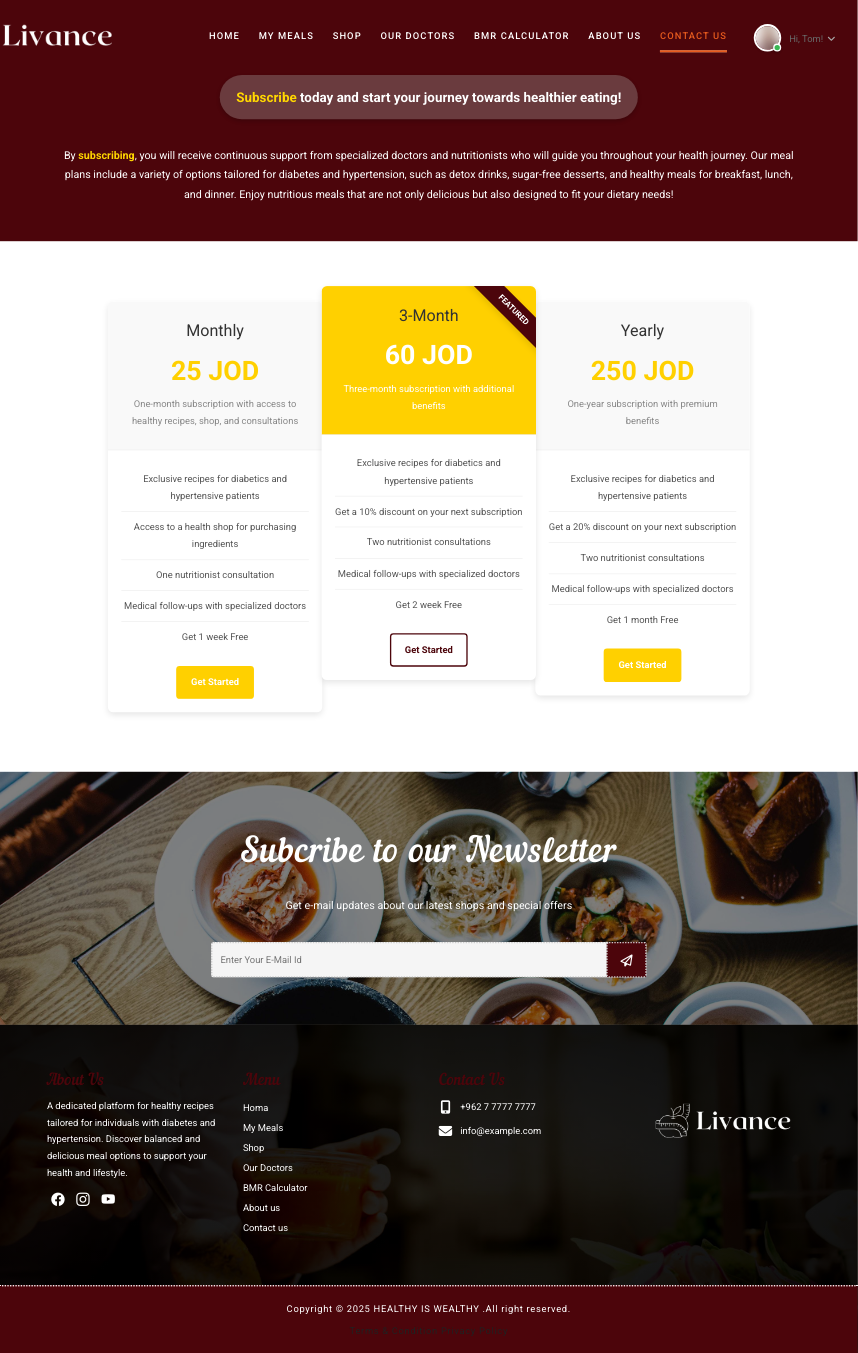
Repository: Surahailat/masterpiece
Page: masterpiece-p1/subsecribe.html
These files come from the project's save history. The page is drawn as it stood at one moment and after a run of saves; the edit follows.
The browser window is 1280 px wide. The pictures show the whole page, at 67% of full size.
Backgrounds fixed to the window are drawn as part of the page. Some web fonts or font styles are not loaded; a fallback is used. Some web libraries are served in a nearby version.

Above is the page before, as saved 2025-02-12 22:10:46.

### masterpiece-p1/subsecribe.html
<!DOCTYPE html>
<html lang="en">

<head>
    <!-- Basic -->
    <meta charset="utf-8">
    <meta http-equiv="X-UA-Compatible" content="IE=edge">

    <!-- Mobile Metas -->
    <meta name="viewport" content="width=device-width, maximum-scale=1, initial-scale=1, user-scalable=0">

    <!-- Site Metas -->
    <title>Food Funday Restaurant - One page HTML Responsive</title>
    <meta name="keywords" content="">
    <meta name="description" content="">
    <meta name="author" content="">

    <!-- Site Icons -->
    <link rel="shortcut icon" href="images/favicon.ico" type="image/x-icon" />
    <link rel="apple-touch-icon" href="images/apple-touch-icon.png">
    <link rel="stylesheet" href="https://maxcdn.bootstrapcdn.com/font-awesome/4.6.1/css/font-awesome.min.css">
    <!-- Bootstrap CSS -->
    <link rel="stylesheet" href="css/bootstrap.min.css">
    <link rel="stylesheet" href="https://cdn.jsdelivr.net/npm/bootstrap-icons@1.3.0/font/bootstrap-icons.css">
    <!-- Site CSS -->
    <link rel="stylesheet" href="css/subsecribe.css">
    <!-- Responsive CSS -->
    <link rel="stylesheet" href="css/responsive.css">
    <!-- color -->
    <link id="changeable-colors" rel="stylesheet" href="css/colors/orange.css" />
    <link href="https://cdnjs.cloudflare.com/ajax/libs/font-awesome/6.0.0-beta3/css/all.min.css" rel="stylesheet">



    <script src="https://kit.fontawesome.com/64d58efce2.js" crossorigin="anonymous"></script>



    <!-- Modernizer -->
    <script src="js/modernizer.js"></script>
</head>

<body>
    <div id="loader">
        <div id="status"></div>
    </div>
    <div id="site-header">
        <header id="header" class="header-block-top">
            <div class="container">
                <div class="row">
                    <div class="main-menu">
                        <!-- navbar -->
                        <nav class="navbar navbar-default" id="mainNav">
                            <div class="navbar-header">
                                <button type="button" class="navbar-toggle collapsed" data-toggle="collapse"
                                    data-target="#navbar" aria-expanded="false" aria-controls="navbar">
                                    <span class="sr-only">Toggle navigation</span>
                                    <span class="icon-bar"></span>
                                    <span class="icon-bar"></span>
                                    <span class="icon-bar"></span>
                                </button>
                            </div>
                            <div id="navbar" class="navbar-collapse collapse">
                                <ul class="nav navbar-nav navbar-left" style="width: 2%;">
                                    <li><img src="/images/Screenshot_2025-01-26_114436-removebg-preview (1).png" alt=""
                                            style="width: 34rem;
                                        position: relative;
                                        right: 56%;
                                        top: -6rem;"></li>
                                </ul>
                                <ul class="nav navbar-nav navbar" style="margin-left: 18%;">
                                    <li class="active"><a href="#banner">Home</a></li>
                                    <li><a href="#about">My Meals</a></li>
                                    <li><a href="#our_team">Shop</a></li>
                                    <li><a href="#menu">Our Doctors</a></li>
                                    <li><a href="#gallery">BMR Calculator</a></li>

                                    <li><a href="#reservation">About us</a></li>
                                    <li><a href="#footer">Contact us</a></li>
                                </ul>
                                <!-- Right Side Content / End -->
                                <div class="right-side">
                                    <div class="header-widget">
                                        <!-- User Menu -->
                                        <div class="user-menu">
                                            <div class="user-name"><span><img src="images/dashboard-avatar.jpg"
                                                        alt=""></span>Hi, Tom!</div>
                                            <ul>
                                                <li><a href=""><i class="fa-regular fa-user"
                                                            style="color: #696969;"></i> My Profile</a></li>
                                                <li><a href=""><i class="fa-regular fa-envelope-open"
                                                            style="color: #696969;"></i> Messages</a></li>
                    <li><a href="subsecribe.html"><i class="fa-regular fa-bell" style="color: #696969;"></i> Subscribe</a></li>

                                                <li><a href=""><i class="fa-solid fa-arrow-right-from-bracket"
                                                            style="color: #696969;"></i> Logout</a></li>
                                            </ul>
                                        </div>
                                    </div>
                                </div>

                            </div>
                            <!-- end nav-collapse -->
                        </nav>
                        <!-- end navbar -->
                    </div>
                </div>
                <!-- end row -->
            </div>
            <!-- end container-fluid -->
        </header>
        <!-- end header -->
    </div>
    <!-- end site-header -->

    <div id="banner" class="banner full-screen-mode parallax">
        <div class="subscribe-section">
            <!-- العنوان -->
            <div class="subscribe-header">
                <span>Subscribe</span> today and start your journey towards healthier eating!
            </div>

            <!-- النص الرئيسي -->
            <div class="subscribe-content">
                By <span>subscribing</span>, you will receive continuous support from specialized doctors and
                nutritionists who will guide you throughout your health journey.
                Our meal plans include a variety of options tailored for diabetes and hypertension, such as detox
                drinks, sugar-free desserts, and healthy meals for breakfast, lunch, and dinner.
                Enjoy nutritious meals that are not only delicious but also designed to fit your dietary needs!
            </div>
        </div>

    </div>
    <!-- end banner -->

    <div class="pricing-container">
        <!-- Basic Plan -->
        <div class="plan">
            <div class="plan-price">
                <h3>Monthly</h3>
                <div class="value">25 JOD</div>
                <div class="period">One-month subscription with access to healthy recipes, shop, and consultations</div>
            </div>
            <div class="plan-features">
                <ul>
                    <li>Exclusive recipes for diabetics and hypertensive patients</li>
                    <li>Access to a health shop for purchasing ingredients</li>
                    <li>One nutritionist consultation</li>
                    <li>Medical follow-ups with specialized doctors</li>

                    <li>Get 1 week Free </li>
                </ul>
                <a href="#">Get Started</a>
            </div>
        </div>

        <!-- Extended Plan -->
        <div class="plan plan-featured">
            <div class="listing-badge"><span>Featured</span></div>
            <div class="plan-price">
                <h3>3-Month</h3>
                <div class="value">60 JOD</div>
                <div class="period">Three-month subscription with additional benefits</div>
            </div>
            <div class="plan-features">
                <ul>
                    <li>Exclusive recipes for diabetics and hypertensive patients</li>
                    <li>Get a 10% discount on your next subscription</li>
                    <li>Two nutritionist consultations</li>
                    <li>Medical follow-ups with specialized doctors</li>
                    <li>Get 2 week Free </li>
                </ul>
                <a href="#">Get Started</a>
            </div>
        </div>

        <!-- Professional Plan -->
        <div class="plan">
            <div class="plan-price">
                <h3>Yearly </h3>
                <div class="value">250 JOD</div>
                <div class="period">One-year subscription with premium benefits</div>
            </div>
            <div class="plan-features">
                <ul>
                    <li>Exclusive recipes for diabetics and hypertensive patients</li>
                    <li>Get a 20% discount on your next subscription</li>
                    <li>Two nutritionist consultations</li>
                    <li>Medical follow-ups with specialized doctors</li>
                    <li>Get 1 month Free </li>
                </ul>
                <a href="#">Get Started</a>
            </div>
        </div>
    </div>


    <div id="footer" class="footer-main">
        <div class="footer-news pad-top-100 pad-bottom-70 parallax">
            <div class="container">
                <div class="row">
                    <div class="col-lg-12 col-md-12 col-sm-12 col-xs-12">
                        <div class="wow fadeIn" data-wow-duration="1s" data-wow-delay="0.1s">
                            <h2 class="ft-title color-white text-center">Subcribe to our Newsletter</h2>
                            <p> Get e-mail updates about our latest shops and special offers</p>
                        </div>
                        <form>
                            <input type="email" placeholder="Enter your e-mail id">
                            <a href="#" class="orange-btn"><i class="fa fa-paper-plane-o" aria-hidden="true"></i></a>
                        </form>
                    </div>
                    <!-- end col -->
                </div>
                <!-- end row -->
            </div>
            <!-- end container -->
        </div>
        <!-- end footer-news -->
        <div class="footer-box pad-top-70">
            <div class="container">
                <div class="row">
                    <div class="footer-in-main">

                        <div class="col-lg-3 col-md-3 col-sm-6 col-xs-12">
                            <div class="footer-box-a">
                                <h3>About Us</h3>
                                <p>A dedicated platform for healthy recipes tailored for individuals with diabetes
                                    and
                                    hypertension. Discover balanced and delicious meal options to support your
                                    health
                                    and lifestyle.</p>
                                <ul class="socials-box footer-socials pull-left">
                                    <li>
                                        <a href="#">
                                            <div class="social-circle-border"><i class="bi bi-facebook"></i></div>
                                        </a>
                                    </li>

                                    <li>
                                        <a href="#">
                                            <div class="social-circle-border"><i class="bi bi-instagram"></i>
                                            </div>
                                        </a>
                                    </li>
                                    <li>
                                        <a href="#">
                                            <div class="social-circle-border"><i class="bi bi-youtube"></i></div>
                                        </a>
                                    </li>
                                </ul>

                            </div>
                            <!-- end footer-box-a -->
                        </div>
                        <!-- end col -->
                        <div class="col-lg-3 col-md-3 col-sm-6 col-xs-12">
                            <div class="footer-box-b">
                                <h3>Menu</h3>
                                <ul>
                                    <li><a href="#">Homa</a></li>
                                    <li><a href="#">My Meals</a></li>
                                    <li><a href="#">Shop</a></li>
                                    <li><a href="#">Our Doctors</a></li>
                                    <li><a href="#">BMR Calculator</a></li>
                                    <li><a href="#">About us</a></li>
                                    <li><a href="#">Contact us</a></li>

                                </ul>
                            </div>
                            <!-- end footer-box-b -->
                        </div>
                        <!-- end col -->
                        <div class="col-lg-3 col-md-3 col-sm-6 col-xs-12">
                            <div class="footer-box-c">
                                <h3>Contact Us</h3>

                                <p>
                                    <i class="fa fa-mobile" aria-hidden="true"></i>
                                    <span>
                                        +962 7 7777 7777
                                    </span>
                                </p>
                                <p>
                                    <i class="fa fa-envelope" aria-hidden="true"></i>
                                    <span><a href="#">info@example.com</a></span>
                                </p>
                            </div>
                            <!-- end footer-box-c -->
                        </div>
                        <!-- end col -->
                        <div class="footer-logo">
                            <div class="text-center">
                                <img src="/images/Screenshot_2025-01-26_114436-removebg-preview (1).png" alt="" style="    width: 25%;
margin-top: -2%;" />
                            </div>
                        </div>
                    </div>
                    <!-- end footer-in-main -->
                </div>
                <!-- end row -->
            </div>
            <!-- end container -->
            <div id="copyright" class="copyright-main">
                <div class="container">
                    <div class="row">
                        <div class="col-lg-12 col-md-12 col-sm-12 col-xs-12">
                            <h6 class="copy-title"> Copyright &copy; 2025 HEALTHY IS WEALTHY .All right reserved.
                                <br>
                                <br>
                                <a href="https://themewagon.com/" target="_blank">Terms & Condition </a>
                                <a href="https://themewagon.com/" target="_blank">Privacy Policy</a>
                            </h6>
                        </div>
                    </div>
                    <!-- end row -->
                </div>
                <!-- end container -->
            </div>
            <!-- end copyright-main -->
        </div>
        <!-- end footer-box -->
    </div>
    <!-- end footer-main -->
    <!-- ALL JS FILES -->


    <a href="#" class="scrollup" style="display: none;">Scroll</a>




    <script src="js/all.js"></script>
    <script src="js/bootstrap.min.js"></script>
    <!-- ALL PLUGINS -->
    <script src="js/custom.js"></script>
    <script src="https://code.jquery.com/jquery-2.2.4.min.js"></script>
    <script>
        document.addEventListener("DOMContentLoaded", function () {
            const userMenu = document.querySelector(".user-menu");
            const userName = userMenu.querySelector(".user-name");
            const menuList = userMenu.querySelector("ul");

            userName.addEventListener("click", function (event) {
                event.stopPropagation(); // منع غلق القائمة عند الضغط على العنصر نفسه
                userMenu.classList.toggle("active");
            });

            document.addEventListener("click", function (event) {
                if (!userMenu.contains(event.target)) {
                    userMenu.classList.remove("active"); // إخفاء القائمة عند النقر خارجها
                }
            });
        });
    </script>
</body>

</html>

Loaded but not shown: masterpiece-p1/css/bootstrap.min.css (library); masterpiece-p1/css/owl.theme.css (common file); masterpiece-p1/css/owl.carousel.css (library); masterpiece-p1/css/slick.css (common file); masterpiece-p1/css/flaticon.css (common file); masterpiece-p1/css/font-awesome.min.css (library); masterpiece-p1/css/bootstrap-datetimepicker.css (library); masterpiece-p1/css/bootstrap-select.min.css (library); masterpiece-p1/css/normalize.css (library); masterpiece-p1/css/animate.min.css (library); masterpiece-p1/js/all.js (library); masterpiece-p1/js/bootstrap.min.js (library); masterpiece-p1/js/modernizer.js (4546 lines, source omitted); masterpiece-p1/js/custom.js (309 lines, source omitted); masterpiece-p1/css/subsecribe.css (1276 lines, source omitted); masterpiece-p1/css/responsive.css (333 lines, source omitted); masterpiece-p1/css/colors/orange.css (135 lines, source omitted)

After the next 5 saves:
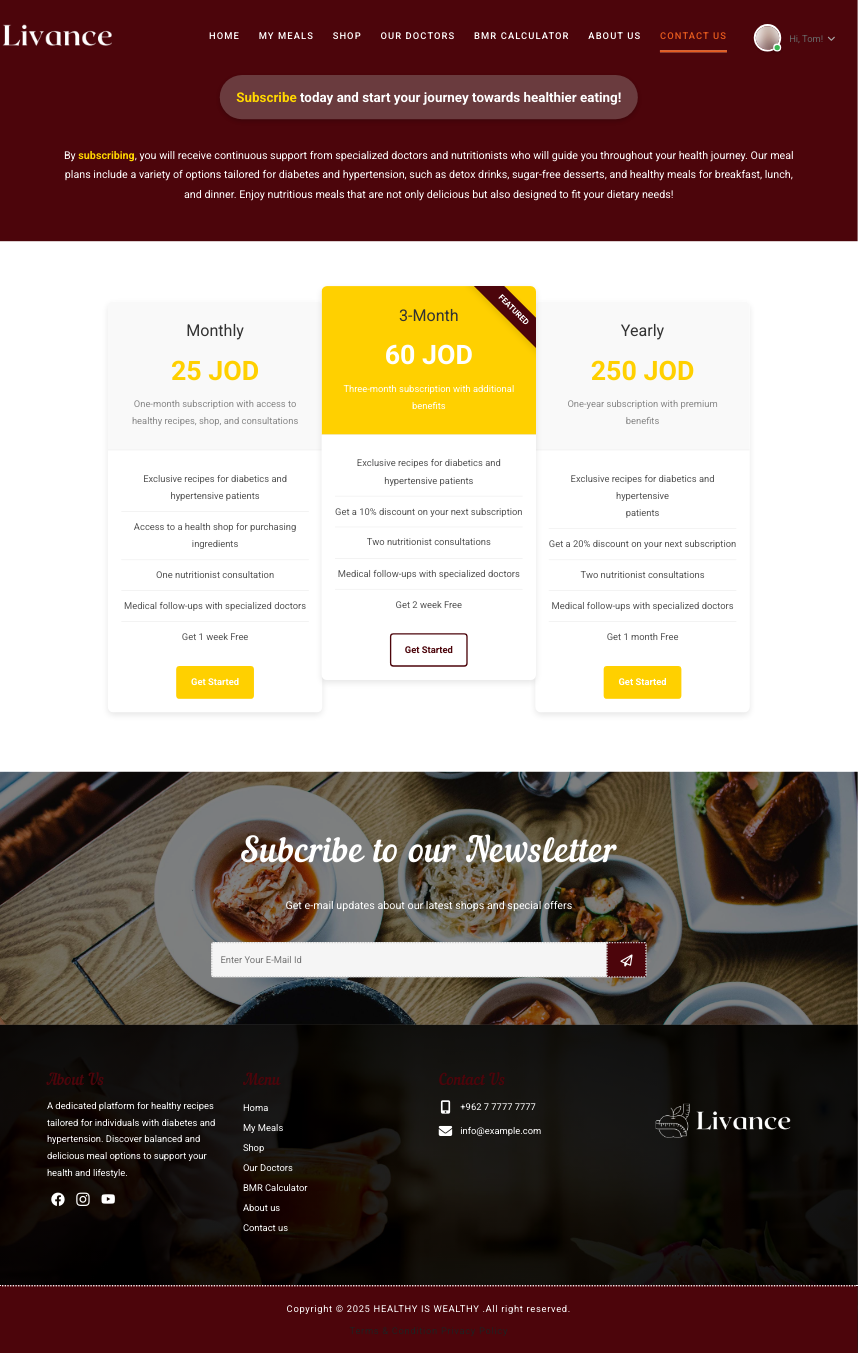
The 5 saves are shown as one change because they came seconds apart.
The last was saved 42 s later.
--- a/masterpiece-p1/subsecribe.html
+++ b/masterpiece-p1/subsecribe.html
@@ -183,7 +183,7 @@
             </div>
             <div class="plan-features">
                 <ul>
-                    <li>Exclusive recipes for diabetics and hypertensive patients</li>
+                    <li>Exclusive recipes for diabetics and hypertensive<br> patients</li>
                     <li>Get a 20% discount on your next subscription</li>
                     <li>Two nutritionist consultations</li>
                     <li>Medical follow-ups with specialized doctors</li>

After the save that followed:
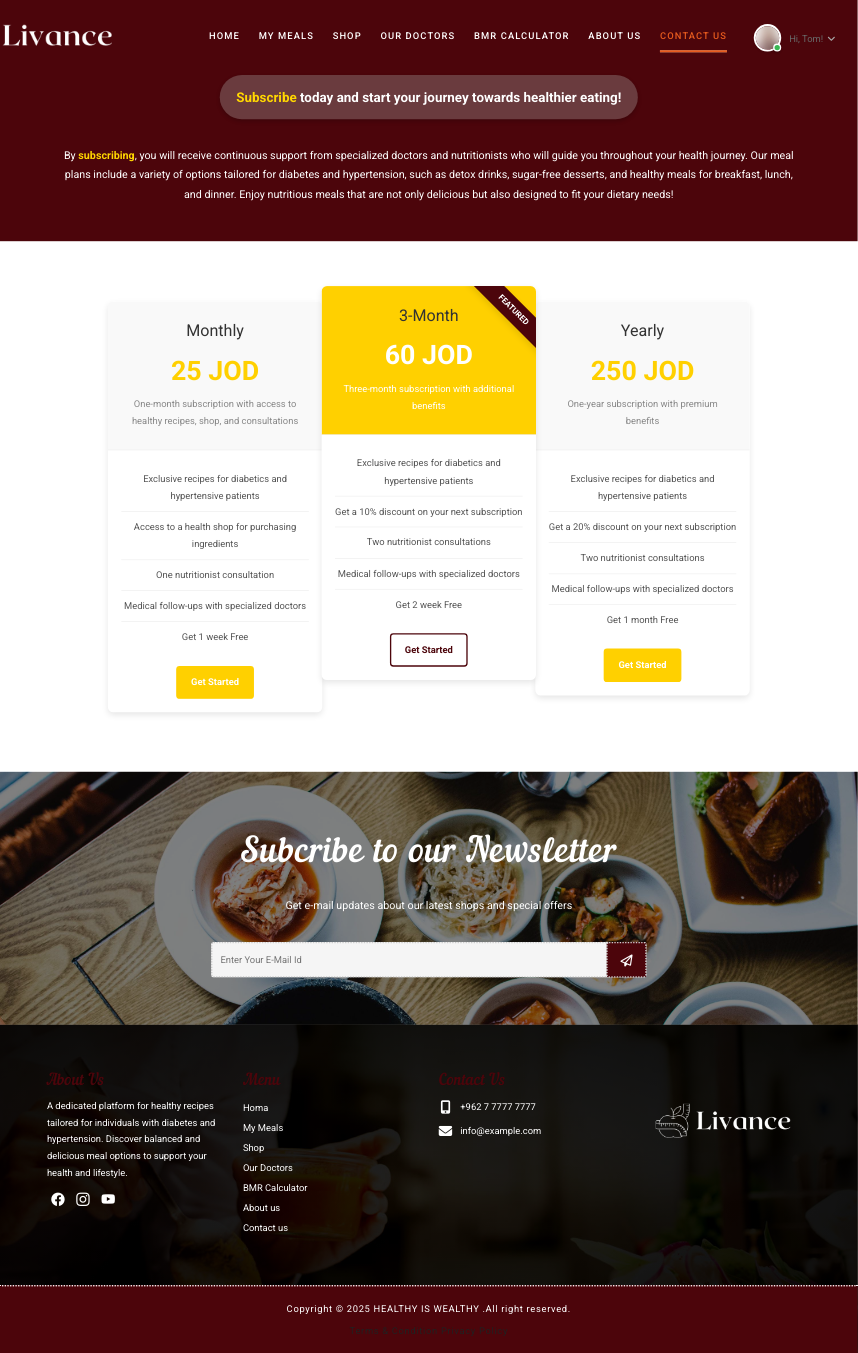
Saved 15 s later.
--- a/masterpiece-p1/subsecribe.html
+++ b/masterpiece-p1/subsecribe.html
@@ -183,7 +183,7 @@
             </div>
             <div class="plan-features">
                 <ul>
-                    <li>Exclusive recipes for diabetics and hypertensive<br> patients</li>
+                    <li>Exclusive recipes for diabetics and hypertensive patients</li>
                     <li>Get a 20% discount on your next subscription</li>
                     <li>Two nutritionist consultations</li>
                     <li>Medical follow-ups with specialized doctors</li>
